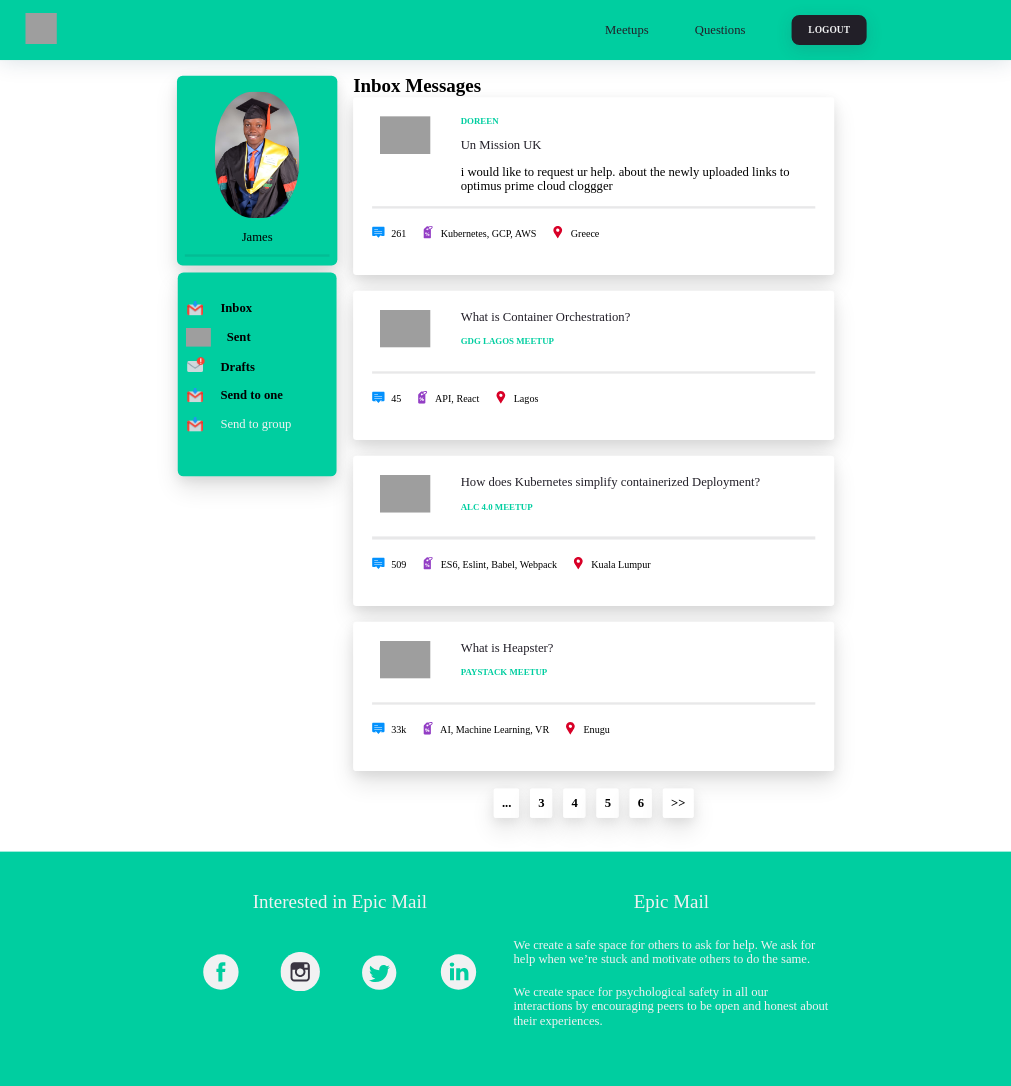
Repository: Gfreedoms/Epic-Mail
Page: pages/profile.html
These files come from the project's save history. The page is drawn as it stood at one moment and after the next save; the edit follows.
The browser window is 1280 px wide. The pictures show the whole page, at 79% of full size.
Pictures or frames that could not be fetched are drawn as grey boxes. Some web fonts or font styles are not loaded; a fallback is used.

Above is the page before, as saved 2019-02-26 23:19:05.

### pages/profile.html
<!DOCTYPE html>
<html lang="en">

<head>
	<meta charset="UTF-8">
	<meta name="viewport" content="width=device-width, initial-scale=1.0">
	<meta http-equiv="X-UA-Compatible" content="ie=edge">
	<link rel="apple-touch-icon" sizes="180x180" href="../assets/favicon/apple-touch-icon.png">
	<link rel="icon" type="image/png" sizes="32x32" href="../assets/favicon/favicon-32x32.png">
	<link rel="icon" type="image/png" sizes="16x16" href="../assets/favicon/favicon-16x16.png">
	<link rel="manifest" href="../assets/favicon/site.webmanifest">
	<link rel="mask-icon" href="../assets/favicon/safari-pinned-tab.svg" color="#5bbad5">
	<meta name="msapplication-TileColor" content="#da532c">
	<meta name="theme-color" content="#ffffff">
	<link rel="stylesheet" href="../styles/base.css">
	<link rel="stylesheet" href="../styles/format.css">
	<link rel="stylesheet" href="../styles/profile.css">
	<title>User Profile | EpIC EMAIL</title>
</head>

<body>
	<!-- Navigation Section Starts -->
	<section id="navigation">
		<nav class="navbar">
			<a href="../" id="nav-brand">
				<img src="../assets/imgs/logo.svg" alt="">
			</a>
			<ul class="nav-menu">
				<li class="visibility"><a class="hover-t" href="./login.html">Login</a></li>
				<li><a class="hover-t" href="./meetup.html">Meetups</a></li>
				<li><a class="hover-t" href="./questions.html">Questions</a></li>
				<li><a class="reg-btn box-sh-dark hover-lg" href="../">Logout</a></li>
			</ul>
			<a id="menu" href="">
				<img src="../assets/imgs/menu.svg" alt="">
			</a>
		</nav>
	</section>
	<!-- Navigation Section Ends -->

	<!-- SideBar Nav -->
	<ul id="sidebar" class="navbar-side side-hidden">
		<li><a href="./meetup.html">Meetups</a></li>
		<li><a href="./questions.html">Questions</a></li>
		<li><a class="" href="../">Logout</a></li>
	</ul>

	<div class="container">
		<div id="v-wrapper">
			<div class="profile user card">
				<img class="img mauto" src="../assets/imgs/freedom.jpg" alt="">
				<div class="bio">
					<h3 class="username sm-text">James</h3>

				</div>

				<div class="divider"></div>

				<div class = "user_side_bar">
				<ul class="list-items">
					<li>
						<img src="../assets/imgs/inbox.png" alt="">
						<div class = "labels">
						<b>	Inbox</b>
						</div>

					</li>
					<li>

						<img src="../assets/imgs/logo.png" alt="">
						<div class = "labels">
							<b>	Sent</b>
							</div>

					<li>

						<img src="../assets/imgs/drafts.png" alt="">
						<div class = "labels">
							<b>	Drafts</b>
							</div>

					</li>

					<li>

							<img src="../assets/imgs/inbox.png" alt="">
							<div class = "labels">
								<b>Send to one</b>
								</div>

					</li>
					<li>
						    <img src="../assets/imgs/inbox.png" alt="">
							<div class = "labels">
									<a class="label_links" href="./meetup.html">
										<h3 class="sm-text">Send to group</h3>
									</a>
								</div>

					</li>



				</ul>
				</div>
			</div>

			<div class="meetups">
				<h2><b>	Inbox Messages</b></h2>
				<div class="questions card-lg">
					<div class="content pall-1">
						<div class="q-title">
							<img class="img mauto" height="2rem" src="https://issagoal.com.ng/wp-content/uploads/2019/01/user4.png" alt="">
							<div class="meta">
									<a class="q-link" href="./meetup.html">
										<h3 class="sm-text">Doreen</h3>
									</a>
								<h3 class="md-text title">Un Mission UK</h3>
								<p>i would like to request ur help.
									about the newly uploaded links to
									optimus prime cloud cloggger

								</p>
							</div>
						</div>
						<div class="divider"></div>
						<div class="q-actions">
							<span>
								<a href="#!"><img src="../assets/imgs/icons/comment.svg" alt=""></a>
								261
							</span>
							<span>
								<a href="#!"><img src="../assets/imgs/icons/tag.svg" alt=""></a>
								Kubernetes, GCP, AWS
							</span>
							<span>
								<a href="#!"><img src="../assets/imgs/icons/pointer.svg" alt=""></a>
								Greece
							</span>
						</div>
					</div>
				</div>
				<div class="questions card-lg">
					<div class="content pall-1">
						<div class="q-title">
							<img class="img mauto" height="2rem" src="https://issagoal.com.ng/wp-content/uploads/2019/01/user1.png" alt="">
							<div class="meta">
								<h3 class="md-text title">What is Container Orchestration?</h3>
								<a class="q-link" href="./meetup.html">
									<h3 class="sm-text">GDG Lagos Meetup</h3>
								</a>
							</div>
						</div>
						<div class="divider"></div>
						<div class="q-actions">
							<span>
								<a href="#!"><img src="../assets/imgs/icons/comment.svg" alt=""></a>
								45
							</span>
							<span>
								<a href="#!"><img src="../assets/imgs/icons/tag.svg" alt=""></a>
								API, React
							</span>
							<span>
								<a href="#!"><img src="../assets/imgs/icons/pointer.svg" alt=""></a>
								Lagos
							</span>
						</div>
					</div>
				</div>
				<div class="questions card-lg">
					<div class="content pall-1">
						<div class="q-title">
							<img class="img mauto" height="2rem" src="https://issagoal.com.ng/wp-content/uploads/2019/01/user2.png" alt="">
							<div class="meta">
								<h3 class="md-text title">How does Kubernetes simplify containerized Deployment?</h3>
								<a class="q-link" href="./meetup.html">
									<h3 class="sm-text">ALC 4.0 Meetup</h3>
								</a>
							</div>
						</div>
						<div class="divider">
						</div>
						<div class="q-actions">
							<span>
								<a href="#!"><img src="../assets/imgs/icons/comment.svg" alt=""></a>
								509
							</span>
							<span>
								<a href="#!"><img src="../assets/imgs/icons/tag.svg" alt=""></a>
								ES6, Eslint, Babel, Webpack
							</span>
							<span>
								<a href="#!"><img src="../assets/imgs/icons/pointer.svg" alt=""></a>
								Kuala Lumpur
							</span>
						</div>
					</div>
				</div>
				<div class="questions card-lg">
					<div class="content pall-1">
						<div class="q-title">
							<img class="img mauto" height="2rem" src="https://issagoal.com.ng/wp-content/uploads/2019/01/user3.png" alt="">
							<div class="meta">
								<h3 class="md-text title">What is Heapster?</h3>
								<a class="q-link" href="./meetup.html">
									<h3 class="sm-text">Paystack Meetup</h3>
								</a>
							</div>
						</div>
						<div class="divider"></div>
						<div class="q-actions">
							<span>
								<a href="#!"><img src="../assets/imgs/icons/comment.svg" alt=""></a>
								33k
							</span>
							<span>
								<a href="#!"><img src="../assets/imgs/icons/tag.svg" alt=""></a>
								AI, Machine Learning, VR
							</span>
							<span>
								<a href="#!"><img src="../assets/imgs/icons/pointer.svg" alt=""></a>
								Enugu
							</span>
						</div>
					</div>
				</div>

				<div class="pagination">
					<span class="card hover-lg hover-t">...</span>
					<span class="card hover-lg hover-t">3</span>
					<span class="card hover-lg hover-t">4</span>
					<span class="card hover-lg hover-t">5</span>
					<span class="card hover-lg hover-t">6</span>
					<span class="card hover-lg hover-t">>></span>
				</div>
			</div>
		</div>
	</div>

	<footer class="bg-secondary">
		<div class="container">
			<div class="info-about">
				<h3 class="md-text">Interested in Epic Mail</h3>
				<div class="social-links">
					<a href="#!"><img src="../assets/imgs/icons/facebook.svg" alt=""></a>
					<a href="#!"><img src="../assets/imgs/icons/instagram.svg" alt=""></a>
					<a href="#!"><img src="../assets/imgs/icons/twitter.svg" alt=""></a>
					<a href="#!"><img src="../assets/imgs/icons/linkedin.svg" alt=""></a>
				</div>
			</div>
			<div class="additional-info">
				<h3 class="md-text">Epic Mail</h3>
				<p class="sm-text">
					We create a safe space for others to ask for help.
					We ask for help when we’re stuck and motivate others to do the same.
				</p>
				<p class="sm-text">
					We create space for psychological safety in all our interactions by encouraging peers to be open and honest about
					their experiences.
				</p>
			</div>
		</div>
	</footer>
	<script src="../scripts/index.js"></script>
</body>

</html>

### styles/format.css
.is-danger {
	color: red;
}

.divider {
	height: 0.2rem;
	background: #221F28;
	opacity: 0.1;
	margin: 1rem auto;
	width: 100%;
}

table {
	width: 750px;
	border-collapse: collapse;
	margin: 50px auto;
}

/* Zebra striping */
tr:nth-of-type(odd) {
	background: #eee;
}

th {
	background: #221F28;
	color: white;
	font-weight: bold;
}

td,
th {
	padding: 10px;
	border: 1px solid #ccc;
	text-align: left;
	font-size: 18px;
}

@media only screen and (max-width: 760px),
(min-device-width: 768px) and (max-device-width: 1024px) {

	table {
		width: 100%;
	}

	/* Force table to not be like tables anymore */
	table,
	thead,
	tbody,
	th,
	td,
	tr {
		display: block;
	}

	thead tr {
		position: absolute;
		top: -9999px;
		left: -9999px;
	}

	tr {
		border: 1px solid #ccc;
	}

	td {
		border: none;
		border-bottom: 1px solid #eee;
		position: relative;
		padding-left: 50%;
	}

	td:before {
		position: absolute;
		/* Top/left values mimic padding */
		top: 6px;
		left: 6px;
		width: 45%;
		padding-right: 10px;
		white-space: nowrap;
		/* Label the data */
		content: attr(data-column);

		color: #000;
		font-weight: bold;
	}

	tbody tr {
		padding: 1rem;
	}
}

.m1 {
	margin-top: 0.8rem !important;
	margin-bottom: 0.8rem !important;
}

.pagination {
	text-align: center;
	margin: 2rem auto;
}

.pagination span {
	padding: 10px;
	border-radius: 2px;
	font-family: 'Circular-Book';
	font-weight: 600;
	font-size: 1rem;
	margin: 0 5px;
}

@media screen and (min-width: 1680px) {
	.reg-btn {
		padding: 1.5rem 1.6rem 1.5rem;
		font-size: 1rem;
	}

	.input {
		margin-top: 2rem;
	}

	.nav-menu a.hover-t {
		font-size: 1.4rem !important;
	}
}

### styles/profile.css
#v-wrapper {
	display: grid;
	grid-template-columns: 1fr 3fr;
	grid-gap: 20px;
	padding: 20px 0;
}

div.content.card {
	background: lightblue;
	padding: 2rem 1.5rem;
	margin-bottom: 20px;
}

.profile {
	display: grid;
	padding: 20px 10px;
	background-color:#00cea0;
}

.user_side_bar{

    margin-left: -9px;
    border-radius: .45rem;
    margin-top: 20px;
    background: #00cea0;
    padding: 20px 10px;
    margin-bottom: 20px;
    box-shadow: 0 15px 30px 0 rgba(0, 0, 0, .11), 0 5px 15px 0 rgba(0, 0, 0, .08);
    margin-right: -9px;
}


.profile.user {
	max-height: 25%;
}

.labels{
	margin-top: 3px;
    margin-left: 20px;
}

#v-wrapper>div.profile.card>div.divider {
	width: 100%;
}

.stats {
	display: grid;
	grid-template-columns: 1fr 1fr;
}

.stats h3 {
	color: #221F28;
	font-weight: 800;
	font-family: "Circular-Book";
}

.profile .img {
    height: 160px;
    width: auto;
    border-radius: 45%
}

.profile span {
	text-align: center;
	font-size: 0.5rem;
	color: grey;
	text-transform: uppercase;
}

span .sm-text {
	margin-bottom: 0;
}

.questions {
	padding: 1.5rem;
	margin-bottom: 20px;
}

.questions h3 {
	color: #221F28;
	margin-bottom: 1rem;
}

.questions .divider {
	margin-left: 0;
	margin-top: 0.5rem;
}

.q-link h3 {
	font-family: 'Circular-Book';
	font-weight: 800;
	font-size: 0.7rem;
	text-transform: uppercase;
	color: #00cea0;
}

.q-link:hover h3 {
	color: #F01D43;
}

.q-actions {
	display: block;
	margin: 20px 0;
	height: auto;
}

.q-actions img {
	height: 1rem;
	position: relative;
	top: 2px;
}

.q-actions span {
	margin-right: 1rem;
	font-family: 'Circular-Book';
	font-size: 0.8rem;
}

.q-actions span a {
	margin-right: 5px;
}

.q-actions span:nth-child(2) img,
.q-actions span:nth-child(3) img {
	position: relative;
	top: 2px;
}

.q-actions span:nth-child(4) img {
	position: relative;
	top: 4px;
}

.divider {
	margin-bottom: 0;
	margin-top: 0.5rem;
}

.username {
	color: inherit;
	font-family: 'Circular-Book';
	text-align: center;
	margin: 15px 0 5px;
}

.meta-wrapper {
	grid-template-rows: 1fr 9fr;
}

.list-items {
	text-decoration: none;
}

.list-items li {
	display: grid;
	grid-template-columns: 1fr 9fr;
	margin: 0.8rem 0;
}

.list-items span {
	font-family: 'Circular-Book';
	font-size: 0.8rem;
	position: relative;
	top: 5px;
	margin-left: 1.5rem;

}

.list-items img {
	height: 1.5rem;
}

div.content.card {
	padding: 2rem 1.5rem;
	margin-bottom: 20px;
}

.content .md-text {
	color: #221F28;
    font-size: 1rem;

}

.actions {
	/* width: 0%; */
	display: grid;
	grid-template-columns: 0.5fr 1fr 1fr;
	grid-gap: 10px;
	align-items: center;
}

.actions h3 {
	margin-bottom: 0;
}

.actions a {
	font-family: 'Circular-Book';
	font-size: 0.8rem;
	padding: 0.5rem 0.6rem;
	text-align: center;
	color: #fff;
	border-radius: 10px;
}

@media (min-width: 1680px) {
	.profile {
		height: 300px !important;
	}

	.profile span {
		font-size: 0.8rem;
		margin: 10px 0 0;
		font-weight: 800;
	}

	.list-items span {
		font-family: 'Circular-Book' !important;
		font-size: 1rem !important;
	}
}

.q-title {
	display: grid;
	grid-template-columns: 15% 80%;
	grid-gap: 5%;
	margin-bottom: 1rem;
}

.q-title img {
	height: 3rem;
}

@media (max-width: 576px) {
	.profile.user {
		max-height: 200px;
	}

	.q-actions {
		display: grid;
		grid-template-columns: 1fr;
		grid-row-gap: 3px;
	}

	#v-wrapper {
		grid-template-columns: 1fr;
	}

	#v-wrapper .divider {
		display: none;
	}

	.profile {
		padding: 20px 10px;
		height: auto;
		grid-template-columns: 1fr 2fr;
	}

	.stats {
		align-items: flex-end;
	}
	.user_side_bar{
		max-height: 200px;
		padding: 20px 10px;
		height: auto;
		grid-template-columns: 1fr 2fr;
	}
}

### styles/fonts.css
@font-face {
	font-family: "Circular-Light";
	src:
		url("../assets/fonts/Circular-Light.woff") format("woff");
}
@font-face {
	font-family: "Circular-Book";
	src:
		url("../assets/fonts/Circular-Book.woff") format("woff");
}
@font-face {
	font-family: "Circular-Bold";
	src:
		url("../assets/fonts/Circular-Bold.woff") format("woff");
}

* {
	font-family: 'Circular-Light';
}

Loaded but not shown: scripts/index.js (10 lines, source omitted); styles/base.css (736 lines, source omitted)

After the next save:
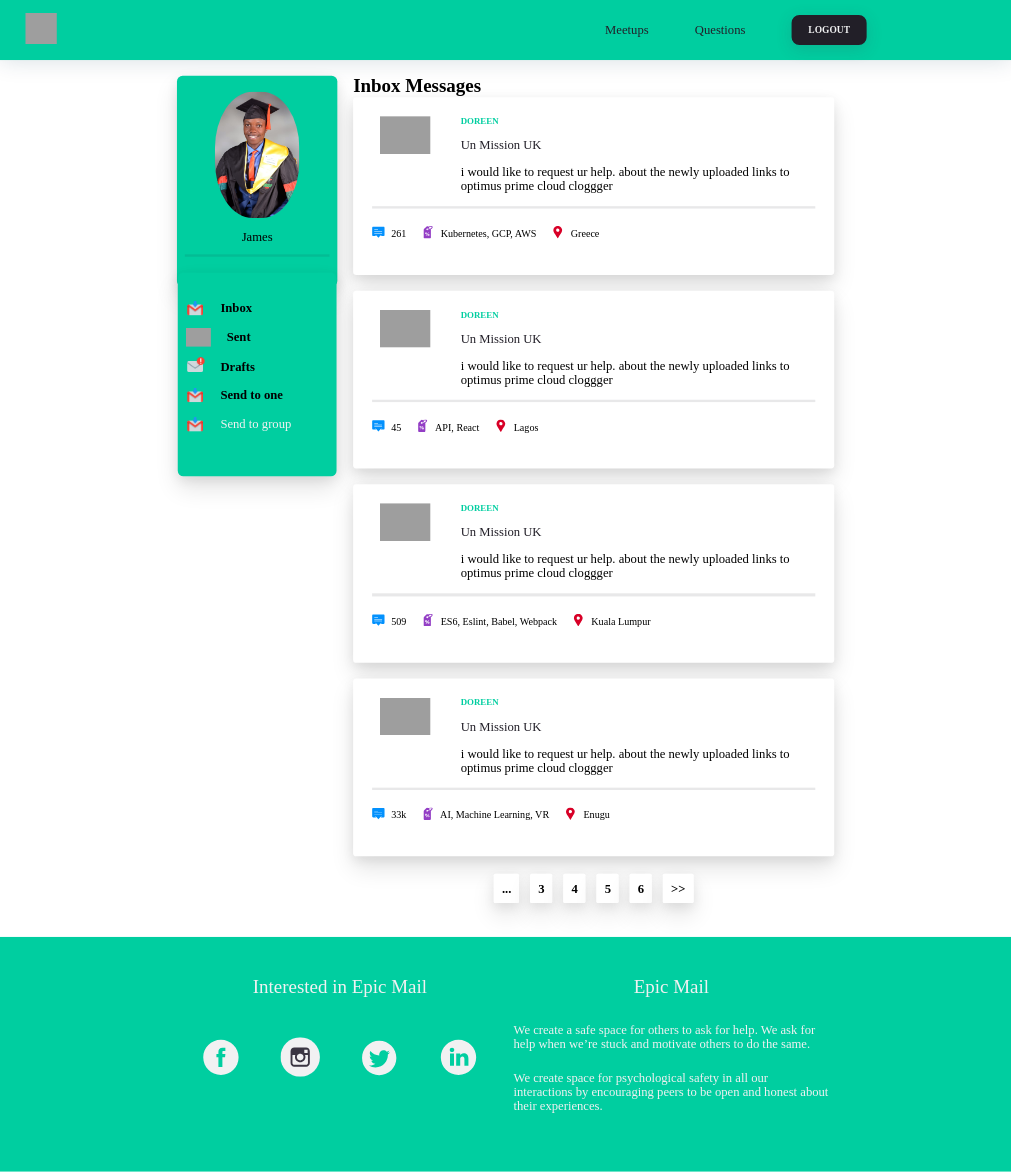
Saved 4 min 31 s later.
--- a/pages/profile.html
+++ b/pages/profile.html
@@ -145,10 +145,15 @@
 						<div class="q-title">
 							<img class="img mauto" height="2rem" src="https://issagoal.com.ng/wp-content/uploads/2019/01/user1.png" alt="">
 							<div class="meta">
-								<h3 class="md-text title">What is Container Orchestration?</h3>
-								<a class="q-link" href="./meetup.html">
-									<h3 class="sm-text">GDG Lagos Meetup</h3>
-								</a>
+									<a class="q-link" href="./meetup.html">
+										<h3 class="sm-text">Doreen</h3>
+									</a>
+								<h3 class="md-text title">Un Mission UK</h3>
+								<p>i would like to request ur help.
+									about the newly uploaded links to
+									optimus prime cloud cloggger
+
+								</p>
 							</div>
 						</div>
 						<div class="divider"></div>
@@ -173,10 +178,15 @@
 						<div class="q-title">
 							<img class="img mauto" height="2rem" src="https://issagoal.com.ng/wp-content/uploads/2019/01/user2.png" alt="">
 							<div class="meta">
-								<h3 class="md-text title">How does Kubernetes simplify containerized Deployment?</h3>
-								<a class="q-link" href="./meetup.html">
-									<h3 class="sm-text">ALC 4.0 Meetup</h3>
-								</a>
+									<a class="q-link" href="./meetup.html">
+										<h3 class="sm-text">Doreen</h3>
+									</a>
+								<h3 class="md-text title">Un Mission UK</h3>
+								<p>i would like to request ur help.
+									about the newly uploaded links to
+									optimus prime cloud cloggger
+
+								</p>
 							</div>
 						</div>
 						<div class="divider">
@@ -202,10 +212,15 @@
 						<div class="q-title">
 							<img class="img mauto" height="2rem" src="https://issagoal.com.ng/wp-content/uploads/2019/01/user3.png" alt="">
 							<div class="meta">
-								<h3 class="md-text title">What is Heapster?</h3>
-								<a class="q-link" href="./meetup.html">
-									<h3 class="sm-text">Paystack Meetup</h3>
-								</a>
+									<a class="q-link" href="./meetup.html">
+										<h3 class="sm-text">Doreen</h3>
+									</a>
+								<h3 class="md-text title">Un Mission UK</h3>
+								<p>i would like to request ur help.
+									about the newly uploaded links to
+									optimus prime cloud cloggger
+
+								</p>
 							</div>
 						</div>
 						<div class="divider"></div>
